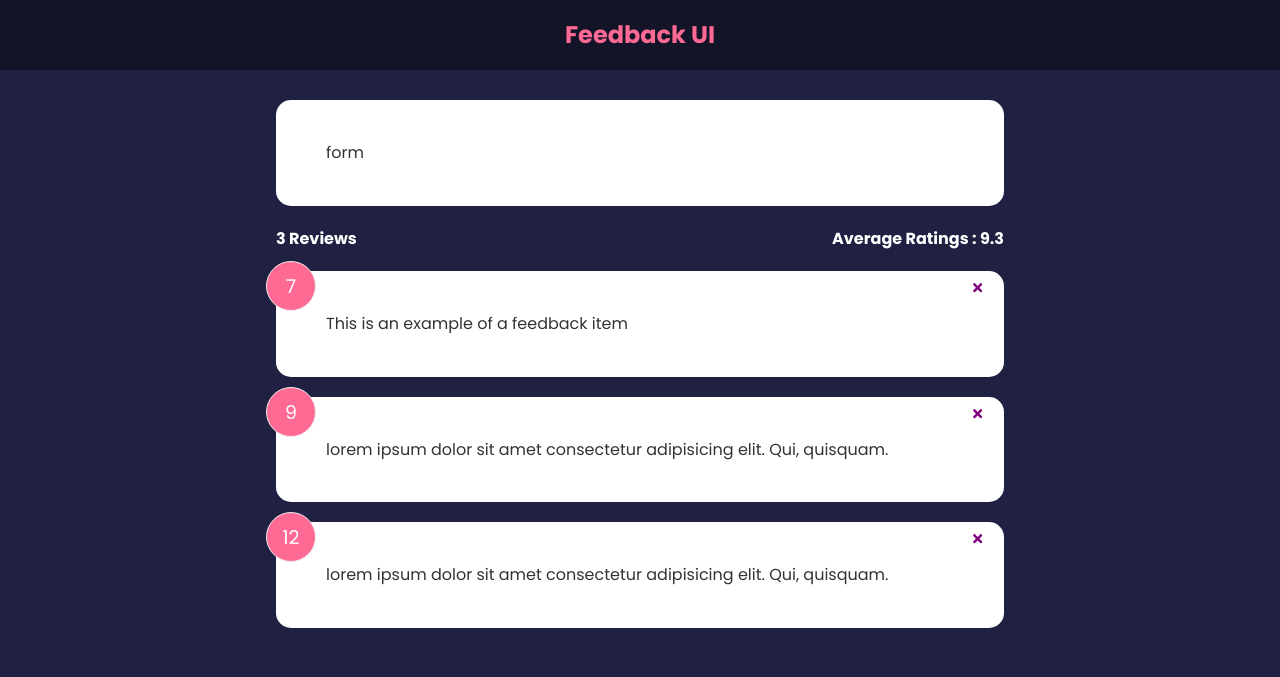
Repository: bayorwor/feedbackapp
Page: /
These files come from the project's save history. The page is drawn as it stood at one moment and after the next save; the edit follows.
The browser window is 1280 px wide. The pictures show the whole page.
The project was rebuilt for these pictures with package versions that can differ from the ones it lists, and the page was loaded fresh each time.

Above is the page before, as saved 2022-01-30 19:07:04.

After the next save:
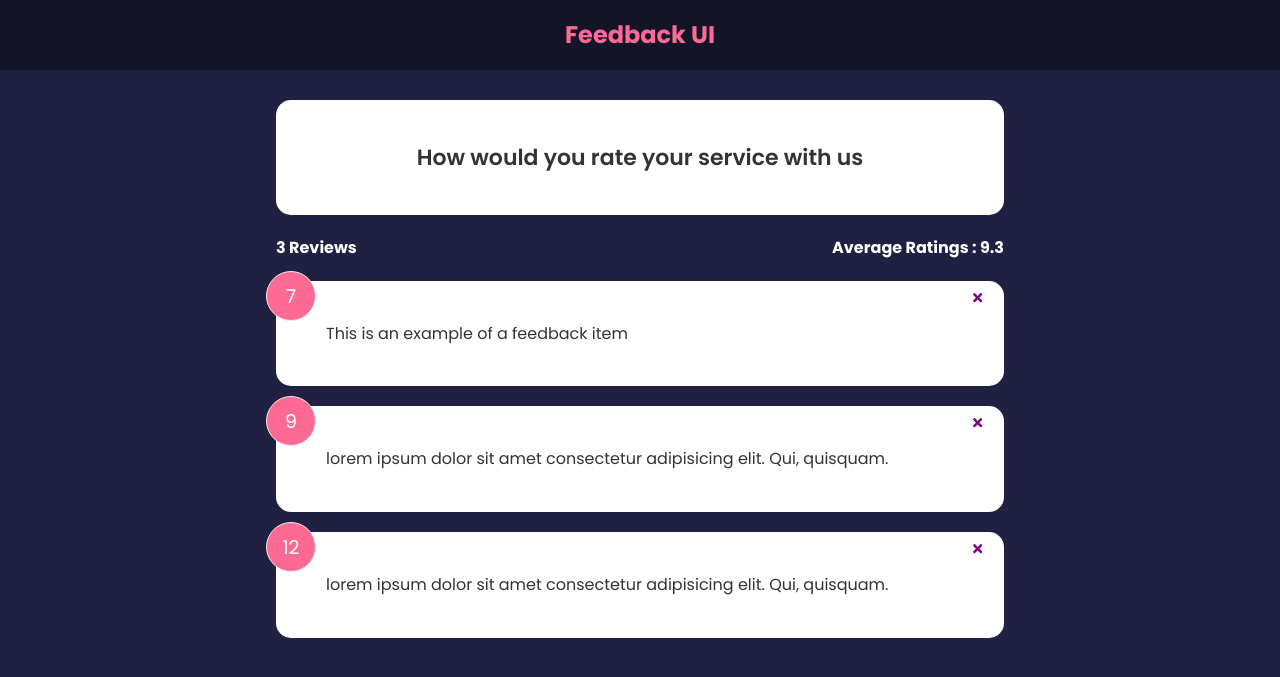
Saved 5 min 12 s later.
--- a/src/components/FeedbackForm.jsx
+++ b/src/components/FeedbackForm.jsx
@@ -2,7 +2,13 @@ import React from "react";
 import Card from "./shared/Card";
 
 function FeedbackForm() {
-  return <Card>form</Card>;
+  return (
+    <Card>
+      <form>
+        <h2>How would you rate your service with us</h2>
+      </form>
+    </Card>
+  );
 }
 
 export default FeedbackForm;
